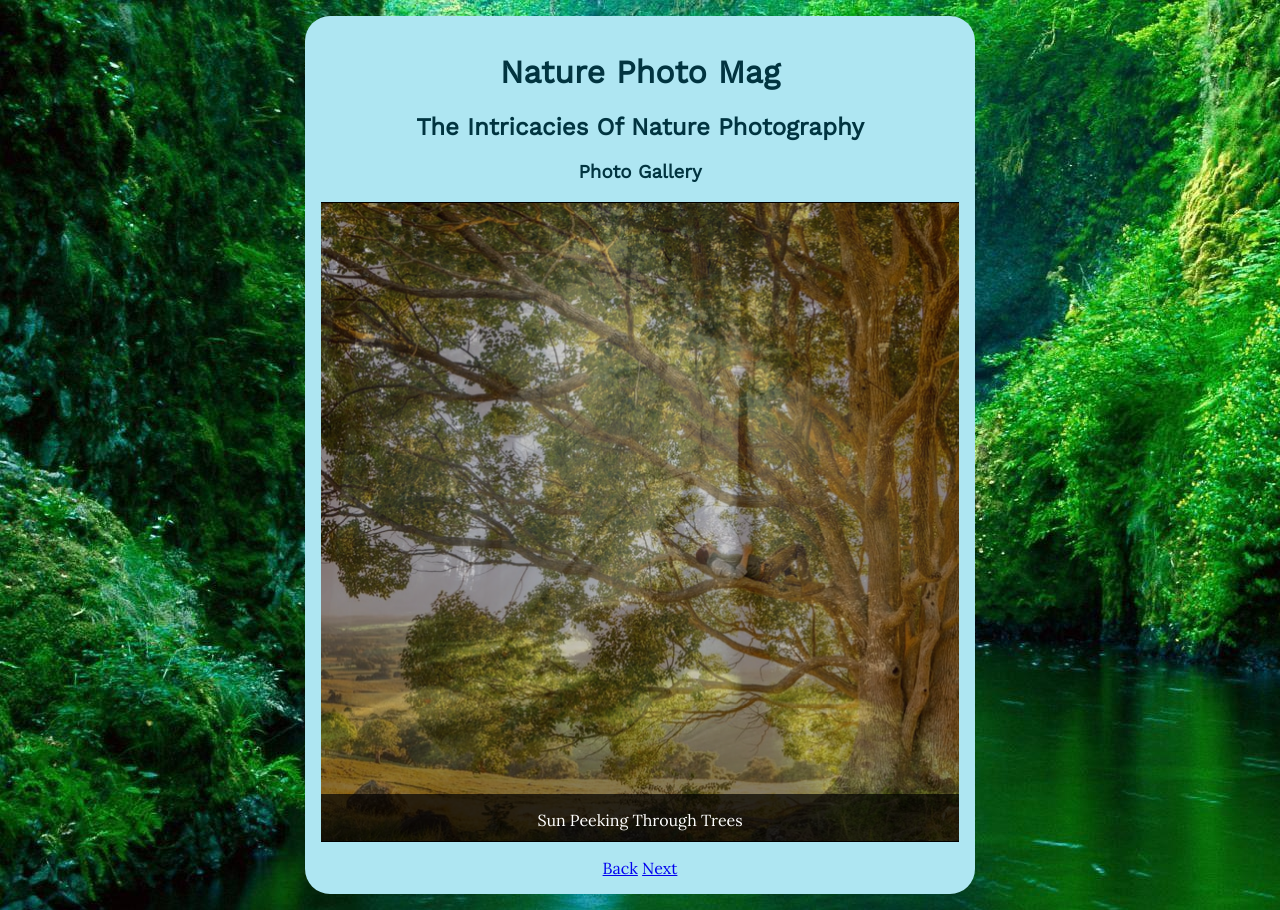
Repository: alexmaddux99/Image-Gallery
Page: index.html
An editor plug-in stored every save of this project. The page is shown before and after the next save, followed by the edit.
The browser window is 1280 px wide. The pictures show the whole page.
Backgrounds fixed to the window are drawn as part of the page.

Above is the page before, as saved 2022-03-10 11:46:46.

### index.html
<!DOCTYPE html>
<html lang="en">
<head>
  <meta charset="UTF-8">
  <meta http-equiv="X-UA-Compatible" content="IE=edge">
  <meta name="viewport" content="width=device-width, initial-scale=1.0">
  <title>Nature Photo Mag - The Intricacies Of Nature Photography - Photo Gallery</title>
  <link rel="stylesheet" href="css/main.css">
  <script  src="js/main.js" defer></script>

</head>
<body>

<div class="content">
<h1>Nature Photo Mag</h1>
<h2>The Intricacies Of Nature Photography</h2>
<section>
  <h3>Photo Gallery</h3>

  <figure class="frame">
    <img class="slide current" src="images/1.jpg" alt="Man Sleeping In Tree" alt1="1/10">
    <img class="slide" src="images/2.jpg" alt="Sun Peeking Through Trees">
    <img class="slide" src="images/3.jpg" alt="Couple Looking At Mountain Overlooking Lake">
    <img class="slide" src="images/4.jpg" alt="Northern Lights">
    <img class="slide" src="images/5.jpg" alt="Storm On The Coast">
    <img class="slide" src="images/6.jpg" alt="Mountain Overlooking house">
    <img class="slide" src="images/7.jpg" alt="Aerial Shot of Antartic Landscape">
    <img class="slide" src="images/8.jpg" alt="Close Up Of Crystal">
    <img class="slide" src="images/9.jpg" alt="Aerial Shot Of Remote Landscape">
    <img class="slide" src="images/10.jpg" alt="Aerial Shot Overlooking Ice Berg">




    <figcaption class="caption"></figcaption>
  </figure>

  <div class="controls">
    <a href="#" class="back-btn">Back</a>
    <a href="#" class="next-btn">Next</a>
  </div>

</section>
</div>

</body>
</html>

### css/main.css
@import url('https://fonts.googleapis.com/css2?family=Lora&family=Work+Sans&display=swap');

* {
  box-sizing:border-box;
}



body {
  color: #013440;
  text-align:center;
  background-image: url(../images/background.jpg);
  background-attachment: fixed;
}

h1, h2, h3{

  font-family: 'Work Sans', sans-serif;

}

section {
  min-height: max-content;
  width: 100%;
  margin: auto;
}

.frame {
  background-color: black;
  position:relative;
  max-width:640px;
  width: 100%;
  height:640px;
  margin: 1rem auto;

}

.slide {
  object-fit: contain;
  width: 100%;
  height: 100%;
  display:block;
  margin-bottom: 2rem;
}


.hide {
  opacity: 0;
  transition: opacity .5s ease-out;
}


.current {
  transition: opacity .5s ease-out;
}


.abs-pos {
  position: absolute;
}

.caption {
  font-family: 'Lora', serif;
  position: absolute;
  z-index: 3;
  color: #fff;
  background: rgba(0, 0, 0, .7);
  bottom: 0;
  width: 100%;
  height: 1rem;
  padding: 1rem 1rem 2rem 1rem;
}

.controls {
  font-family: 'Lora', serif;
  display: none;
}

.content{
  margin: 1rem;
  padding: 1rem;
  background-color: #AEE6F2;
  border-radius: 25px;
}


@media only screen and (min-width: 768px) {
  .content{
      margin-left: auto;
      margin-right: auto;
      align-content: center;
      max-width: 670px;
  }
  }

### js/main.js
document.addEventListener('DOMContentLoaded', init);
var myInterval = "";

function init() {
  //create shortcut vars
  const back_btn = document.querySelector(".back-btn");
  const next_btn = document.querySelector(".next-btn");
  const frame = document.querySelector(".frame");
  const slides = frame.querySelectorAll("img");
  const caption = document.querySelector(".caption");
  const controls = document.querySelector(".controls");


  //with JS active, hide all images
  slides.forEach((slide) => {
    slide.classList.add("hide", "abs-pos");
  });

  // show the first slide
  slides[0].classList.remove("hide");

  //make the controls work
   next_btn.addEventListener("click",changeSlide);
   back_btn.addEventListener("click", changeSlide);

   // set the caption dynamically
   caption.innerHTML = frame.firstElementChild.alt;

   //show the controls
   controls.style.display = "block";

   myInterval = setInterval(changeSlide, 5000);
}



function changeSlide(e) {

    // stop link from trying to reload page
    if(e) {
      e.preventDefault();
      clearInterval(myInterval);
    }

    //shortcut vars
    const frame = document.querySelector(".frame");
    const slides = frame.querySelectorAll("img");
    const caption = document.querySelector(".caption");
    let showing = document.querySelector(".current");
    let nextUp = "";

    if(!e || e.target.className == 'next-btn') {
      nextUp = showing.nextElementSibling;
    }else{
      nextUp = showing.previousElementSibling;
    }


    // deactivate current image
    showing.classList.toggle("hide");
    showing.classList.toggle("current");

    //make sure next image is there
    if (!nextUp) {
      nextUp = slides[slides.length - 1];
    }

    if (nextUp.nodeName !== "IMG") {
      nextUp = slides[0];
    }

    // activate next image
    nextUp.classList.toggle("hide");
    nextUp.classList.toggle("current");

    //change caption text
    caption.innerHTML = nextUp.alt;
  }

After the next save:
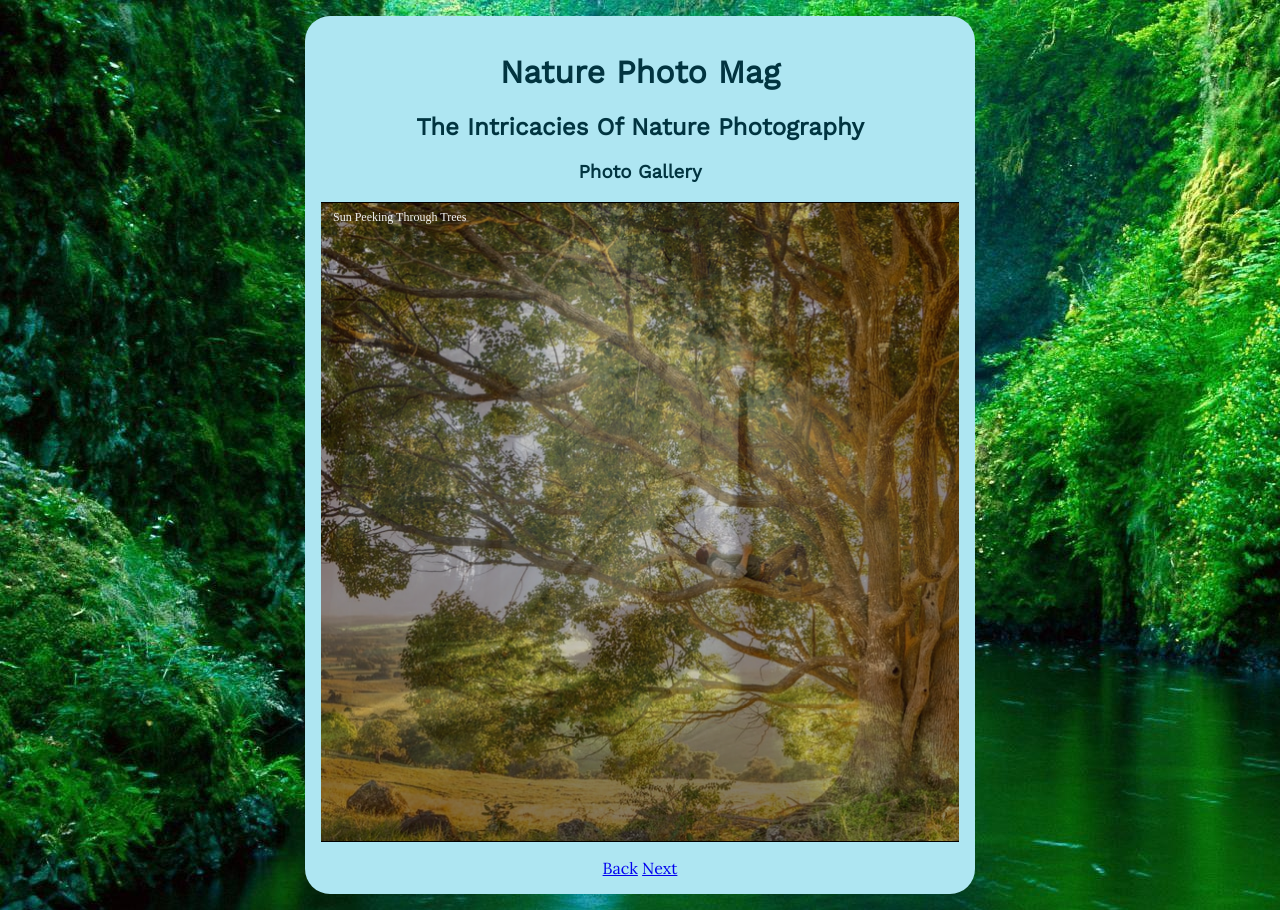
Saved 8 s later.
--- a/css/main.css
+++ b/css/main.css
@@ -60,15 +60,11 @@
 }
 
 .caption {
-  font-family: 'Lora', serif;
+  color: #f2f2f2;
+  font-size: 12px;
+  padding: 8px 12px;
   position: absolute;
-  z-index: 3;
-  color: #fff;
-  background: rgba(0, 0, 0, .7);
-  bottom: 0;
-  width: 100%;
-  height: 1rem;
-  padding: 1rem 1rem 2rem 1rem;
+  top: 0;
 }
 
 .controls {

After the save that followed:
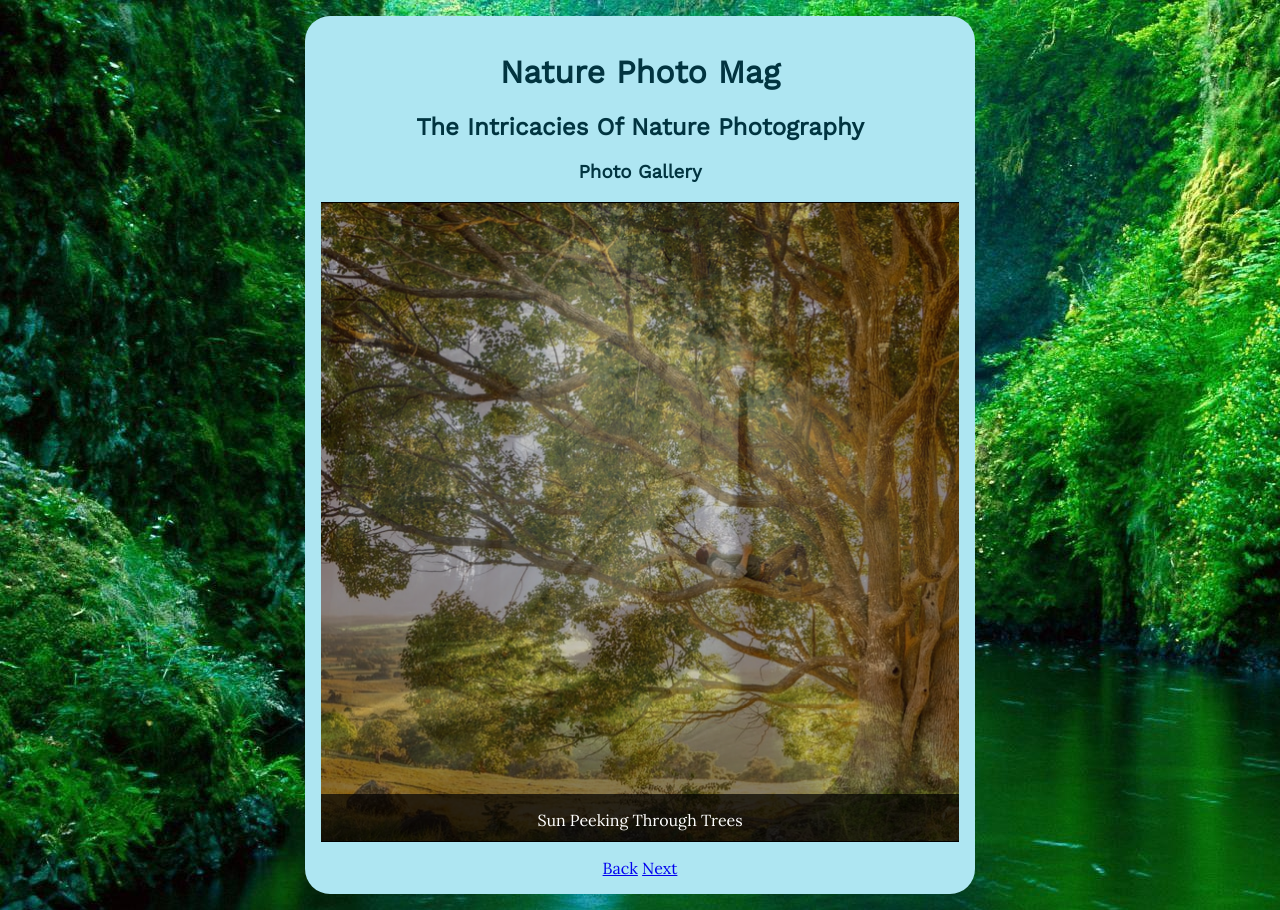
Saved 7 s later.
--- a/css/main.css
+++ b/css/main.css
@@ -60,11 +60,15 @@
 }
 
 .caption {
-  color: #f2f2f2;
-  font-size: 12px;
-  padding: 8px 12px;
+  font-family: 'Lora', serif;
   position: absolute;
-  top: 0;
+  z-index: 3;
+  color: #fff;
+  background: rgba(0, 0, 0, .7);
+  bottom: 0;
+  width: 100%;
+  height: 1rem;
+  padding: 1rem 1rem 2rem 1rem;
 }
 
 .controls {
